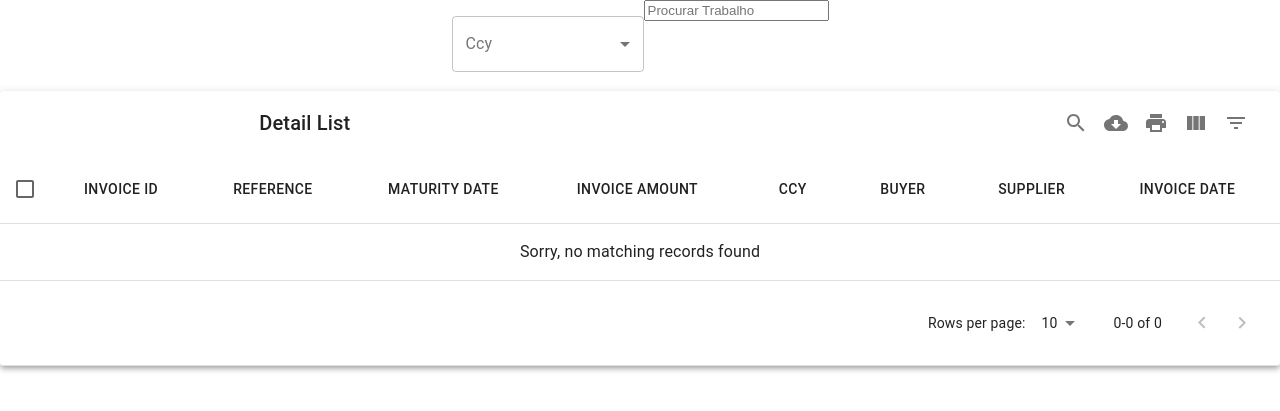
Repository: AmanullaChishty/filter
Page: /
These files come from the project's save history. The page is drawn as it stood at one moment and after the next save; the edit follows.
The browser window is 1280 px wide. The pictures show the whole page.
The page's requests for data from a server got no answer. The project was rebuilt for these pictures with package versions that can differ from the ones it lists, and the page was loaded fresh each time. No one was signed in, and anything a server would have sent is missing. Imported but missing from the stored project, and not drawn on this page: src/reducers/simpleReducer.

Above is the page before, as saved 2020-01-25 21:15:28.

### src/index.js
import React from 'react';
import ReactDOM from 'react-dom';

// Required for Redux store setup
import { Provider } from 'react-redux'
import configureStore from './store';

import './index.css';
import App from './App';
import registerServiceWorker from './registerServiceWorker';

ReactDOM.render(
  <Provider store={configureStore()}>
    <App />
  </Provider>,
  document.getElementById('root')
);
registerServiceWorker();

### src/store.js
import { createStore, applyMiddleware } from 'redux';
import thunk from 'redux-thunk';
import rootReducer from './reducers/rootReducer';

export default function configureStore(initialState={}) {
  return createStore(
    rootReducer,
    applyMiddleware(thunk)
  );
}

### src/App.js
import MUIDataTable from "mui-datatables";
import React, { Component } from 'react';
import { connect } from 'react-redux';
import { bindActionCreators } from 'redux';
import './App.css';
import { fetchData } from './searchBar/actions/fetchData';
// import WorkList from './gridList'
import SearchBar from './searchBar/components/searchBar';
import { getData } from './searchBar/selectors/searchSelectors';



/*
 * mapDispatchToProps
*/
// const mapDispatchToProps = dispatch => ({
//   simpleAction: () => dispatch(simpleAction())
// })

/*
 * mapStateToProps
*/
// const mapStateToProps = state => ({
//   ...state
// })

const mapStateToProps=state=> {
  return {
      content:getData(state)
      };
}

const mapDispatchToProps = dispatch => bindActionCreators({
  fetchAllData:fetchData,
}, dispatch)

const headers = [{ name: "invoice_id", label: "Invoice id", options: { filter: true, sort: true, } },{ name: "reference", label: "Reference", options: { filter: true, sort: true, } },
{ name: "maturity_date", label: "Maturity Date", options: { filter: true, sort: true, } },{ name: "invoice_amount", label: "Invoice Amount", options: { filter: true, sort: true, } },
{ name: "ccy", label: "CCY", options: { filter: true, sort: true, } },{ name: "buyer", label: "Buyer", options: { filter: true, sort: true, } },
{ name: "supplier", label: "Supplier", options: { filter: true, sort: true, } },{ name: "invoice_date", label: "Invoice Date", options: { filter: true, sort: true, } },]

const options = {
  filterType: "checkbox",
  responsive: "stacked",
}

/**
 * @class App
 * @extends {Component}
 */
class App extends Component {


  componentDidMount() {
    const { fetchAllData } = this.props;
    fetchAllData();

}
  /**
   * @memberof App
   * @summary handles button click
   */
  // simpleAction = (event) => {
  //   this.props.simpleAction();
  // }

  render() {
    const {content} = this.props;
    return (
      <div className="App">
        {/* <WorkList/> */}
        <SearchBar/>
        <MUIDataTable
            title={'Detail List'}
            data={content}
            columns={headers}
            options={options}

          />
        {/* <header className="App-header">
          <img src={logo} className="App-logo" alt="logo" />
          <h1 className="App-title">Welcome to React</h1>
        </header>
        <pre>
          {
            JSON.stringify(this.props)
          }
        </pre>
        <button onClick={this.simpleAction}>Test redux action</button>
        <p className="App-intro">
          To get started, edit <code>src/App.js</code> and save to reload.
        </p> */}
      </div>
    );
  }
}

export default connect(mapStateToProps, mapDispatchToProps)(App);

### src/reducers/rootReducer.js
import { combineReducers } from 'redux';
import simpleReducer from './simpleReducer';
import searchReducer from '../searchBar/reducers/searchReducer'

export default combineReducers({
  simpleReducer,
  searchReducer
});

### src/searchBar/actions/fetchData.js
import { getData } from "./searchAction";


function fetchData() {
    return dispatch => {
        fetch(`https://my.api.mockaroo.com/tallydata.json?key=1e3baa20`, {
            headers: {
              'Content-Type': 'application/json'

            }
          })
        .then(res => res.json())
        .then(res => {
            if(res.error) {
                throw(res.error);
            }
            dispatch(getData(res));

            return res;
        })
        .catch(error => {
            alert(error);
        })
    }
}

export { fetchData };

### src/searchBar/components/searchBar.js
import React, { Component } from 'react';
import { connect } from 'react-redux';
import { bindActionCreators } from 'redux';
import { fetchData } from '../actions/fetchData';
import { search } from '../actions/searchAction';
import { getData, getSearchData } from '../selectors/searchSelectors';
import InputLabel from '@material-ui/core/InputLabel';
import MenuItem from '@material-ui/core/MenuItem';
import FormControl from '@material-ui/core/FormControl';
import Select from '@material-ui/core/Select';

class SearchBar extends Component {

  constructor(props){
    super(props);
    this.handleChange=this.handleChange.bind(this)
    this.state = {
      ccy:'',
      inputLabel:null
    }
  }

  componentDidMount() {
    const { fetchAllData } = this.props;
    fetchAllData();
    }



  handleChange = event => {
    this.setState({ccy:event.target.value})
  };
  render() {
    const {searchData, value,content} = this.props;
    const {ccy,inputLabel} = this.state

    return (
      <div>

    <FormControl variant="outlined" style={{width:'12em',marginTop:'1em'}} >
        <InputLabel ref={inputLabel} id="ccy">
          Ccy
        </InputLabel>
        <Select
          labelId="ccy"
          id="demo-simple-select-outlined"
          value={ccy}
          onChange={this.handleChange}
         >

          <MenuItem value={10}>USD</MenuItem>
          <MenuItem value={20}>INR</MenuItem>
          <MenuItem value={30}>JPY</MenuItem>
          <MenuItem value={30}>RYD</MenuItem>
        </Select>
      </FormControl>
        {console.log('serach bar content',content)}
        <input
          className="form-control"
          placeholder = "Procurar Trabalho"
          onChange={(e) => searchData(e.target.value)}
         />
    <h3>{value}</h3>

    </div>
    );
  }
}

// function mapStateToProps({works}) {
//   return {value: works.value};
// }

const mapStateToProps=state=> {
    return {
        value: getSearchData(state),
        content:getData(state)
        };
  }

const mapDispatchToProps = dispatch => bindActionCreators({
    searchData: search,
    fetchAllData:fetchData,
}, dispatch)

// function mapDispatchToProps(dispatch) {
//   return bindActionCreators({search}, dispatch);
// }

export default connect(mapStateToProps, mapDispatchToProps)(SearchBar);

### src/searchBar/selectors/searchSelectors.js
import { createSelector } from 'reselect';

export const getSearchData = createSelector(
    state => state.searchReducer.serachedValue,
    serachedValue => serachedValue
)

export const getData = createSelector(
    state => state.searchReducer.contents,
    contents=>contents
)

### src/searchBar/reducers/searchReducer.js
import { SEARCH, SUCCESS } from '../actions/searchAction';

const initialState = {contents: [], value: '', serachedValue: []};

export default function searchReducer(state = initialState, action) {
  switch(action.type) {
    case SUCCESS: {
      const {contents} = action;
      return {
        ...state,
        contents:contents
      };
    }
    case SEARCH: {
      const {value} = action;
      const works = state.contents.filter((val) => {console.log('val',val), val.includes(value)});
      return {
        ...state,
        value:value,
        serachedValue:works
      };
    }
    default:
      return state;
  }
}

### src/searchBar/actions/searchAction.js
export const SEARCH = 'SEARCH';
export const SUCCESS = 'SUCCESS'

export function search(value) {
  return {
      type: SEARCH,
      value:value
    };
}

export function getData(res) {
  return {
      type: SUCCESS,
      contents:res
    };
}

// export const search = (value) => dispatch => {
//     dispatch({
//       type: SEARCH,
//       payload: value
//     })
//   }

Loaded but not shown: public/index.html (common file); src/index.css (common file); src/registerServiceWorker.js (common file); src/App.css (common file)

After the next save:
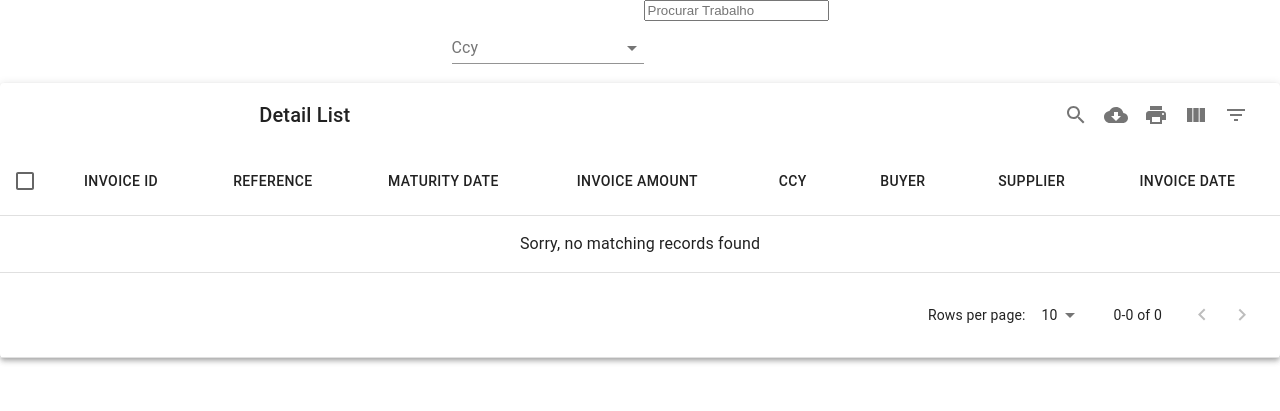
Saved 2 min 18 s later.
--- a/src/searchBar/components/searchBar.js
+++ b/src/searchBar/components/searchBar.js
@@ -16,7 +16,6 @@ class SearchBar extends Component {
     this.handleChange=this.handleChange.bind(this)
     this.state = {
       ccy:'',
-      inputLabel:null
     }
   }
 
@@ -37,8 +36,8 @@ class SearchBar extends Component {
     return (
       <div>
 
-    <FormControl variant="outlined" style={{width:'12em',marginTop:'1em'}} >
-        <InputLabel ref={inputLabel} id="ccy">
+    <FormControl style={{width:'12em',marginTop:'1em'}} >
+        <InputLabel id="ccy">
           Ccy
         </InputLabel>
         <Select
